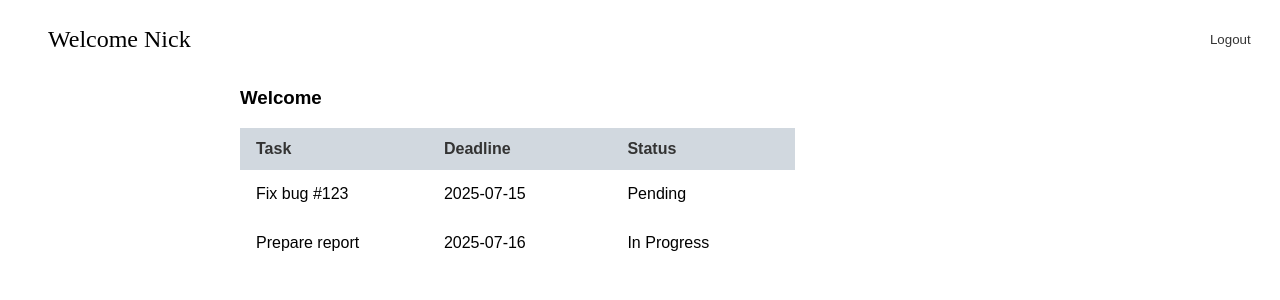
Repository: Edmund-Kiama/todoPHP
Page: /user (app in task-manager-frontend/)
The author's editor kept a copy of each file at every save. The page is drawn from the files as they stood at one save, then again after a run of saves.
The browser window is 1280 px wide. The pictures show the whole page.
The project was rebuilt for these pictures with package versions that can differ from the ones it lists, and the page was loaded fresh each time. Also part of the build but not shown: task-manager-frontend/vite.config.js, task-manager-frontend/src/components/Login/login.css, task-manager-frontend/src/components/Login/Login.vue, task-manager-frontend/src/components/Admin/admin.css, task-manager-frontend/src/components/Admin/AdminDashboard.vue.

Above is the page before, as saved 2025-07-12 22:01:04.

### task-manager-frontend/src/App.vue
<script setup>
  import Navbar from './components/Navbar/Navbar.vue';
  import { store } from './store';
</script>

<template>
  <Navbar />
  <router-view />
</template>

### task-manager-frontend/src/router/index.js
import { createRouter, createWebHistory } from 'vue-router';
import Login from '../components/Login/Login.vue';
import AdminDashboard from '../components/Admin/AdminDashboard.vue';
import UserDashboard from '../components/User/UserDashboard.vue';

const routes = [
  { path: '/', name: 'Login', component: Login },
  { path: '/admin', name: 'AdminDashboard', component: AdminDashboard },
  { path: '/user', name: 'UserDashboard', component: UserDashboard }
];

const router = createRouter({
  history: createWebHistory(),
  routes
});

export default router;

### task-manager-frontend/src/components/Navbar/Navbar.vue

<template>
  <nav v-if="store.user.loggedIn" class="navbar">
    <ul>
      <li v-if="user.role === 'admin'">Welcome Admin {{ user.username }}</li>
      <li v-if="user.role === 'user'">Welcome {{ user.username }}</li>
      <li><button @click="logout">Logout</button></li>
    </ul>
  </nav>
</template>

<script setup>
  import "./nav.css"
  import { store } from '../../store'
  import { useRouter } from 'vue-router'

  const router = useRouter()

  const user = store.user
  if (!user.loggedIn) router.push('/')

  function logout() {
    store.user.role = null
    store.user.loggedIn = false
    localStorage.removeItem('token')
    router.push('/')
  }
</script>

### task-manager-frontend/src/store.js
import { reactive } from 'vue'

export const store = reactive({
  user: {
    role: "user",
    loggedIn: true,
    username: "Nick"
  },
})

### task-manager-frontend/src/components/User/UserDashboard.vue
<script setup>
  import './user.css'
  import { ref, computed } from 'vue';

  // Mocked logged-in user
  const currentUser = 'user@example.com';

  // Mocked task list — in a real app, fetch from backend
  const allTasks = ref([
    { title: 'Fix bug #123', user: 'user@example.com', deadline: '2025-07-15', status: 'Pending' },
    { title: 'Prepare report', user: 'user@example.com', deadline: '2025-07-16', status: 'In Progress' },
    { title: 'Update Docs', user: 'bob@example.com', deadline: '2025-07-17', status: 'Pending' }
  ]);

  const userTasks = computed(() =>
    allTasks.value.filter(task => task.user === currentUser)
  );

  function nextStatus(status) {
    if (status === 'Pending') return 'In Progress';
    if (status === 'In Progress') return 'Completed';
    return '';
  }

  function advanceStatus(index) {
    const task = userTasks.value[index];
    if (task.status === 'Pending') {
      task.status = 'In Progress';
    } else if (task.status === 'In Progress') {
      task.status = 'Completed';
    }
  }
</script>
<template>
    <div class="user-dashboard">
      <section>
        <h3>Welcome {{ USER }}</h3>
        <table v-if="userTasks.length">
          <thead>
            <tr>
              <th>Task</th><th>Deadline</th><th>Status</th>
            </tr>
          </thead>
          <tbody>
            <tr v-for="(task, index) in userTasks" :key="index">
              <td>{{ task.title }}</td>
              <td>{{ task.deadline }}</td>
              <td>{{ task.status }}</td>
              <td>
                <button
                  v-if="task.status !== 'Completed'"
                  @click="advanceStatus(index)"
                >
                  Mark as {{ nextStatus(task.status) }}
                </button>
              </td>
            </tr>
          </tbody>
        </table>

        <p v-else>No tasks assigned to you.</p>
      </section>
    </div>
</template>

### task-manager-frontend/src/components/Navbar/nav.css
.navbar {
    background: white;
}
.navbar ul {
    display: flex;
    justify-content: space-between;
    align-items: center;
    gap: 1rem;
    list-style: none;
    font-size: 1.5em;
}
.navbar ul li {
    display: flex;
    align-items: center;
}
.navbar button {
    text-decoration: none;
    background: none;
    border: none;
    padding: 0.5rem;
    border-radius: 5px;
    color: #333;
    transition: all;
    transition-duration: 300ms;
    cursor: pointer;
    margin-right: 1em;
}
.navbar button:hover {
    background-color:  #3498db;
    color: white;
}

### task-manager-frontend/src/components/User/user.css
.user-dashboard {
    max-width: 800px;
    margin: 2rem auto;
    font-family: Arial, sans-serif;
}

.user-dashboard table {
    width: 100%;
    border-collapse: collapse;
    margin-top: 1rem;
    font-family: sans-serif;
    border: none; /* remove outer border */
}
.user-dashboard th,
.user-dashboard td {
    padding: 0.75rem 1rem;
    text-align: left;
    border: none; /* remove inner lines */
    vertical-align: middle;
    min-width: 100px;
}

.user-dashboard th {
    background-color: #d1d8df;
    font-weight: bold;
    color: #333;
}

.user-dashboard td button {
    visibility: hidden;
    background-color: #4DA2F7;
    color: white;
    border: none;
    padding: 5px 10px;
    margin-right: 5px;
    border-radius: 4px;
    cursor: pointer;
    transition: background-color 0.2s ease;
}

.user-dashboard button:hover {
    background-color: #1c74d9;
}

.user-dashboard tr:hover td button {
    visibility: visible;
}

.user-dashboard tr:hover {
    background-color: #f0f8ff;
}

Loaded but not shown: task-manager-frontend/index.html (common file); task-manager-frontend/src/main.js (common file)

After the next 2 saves:
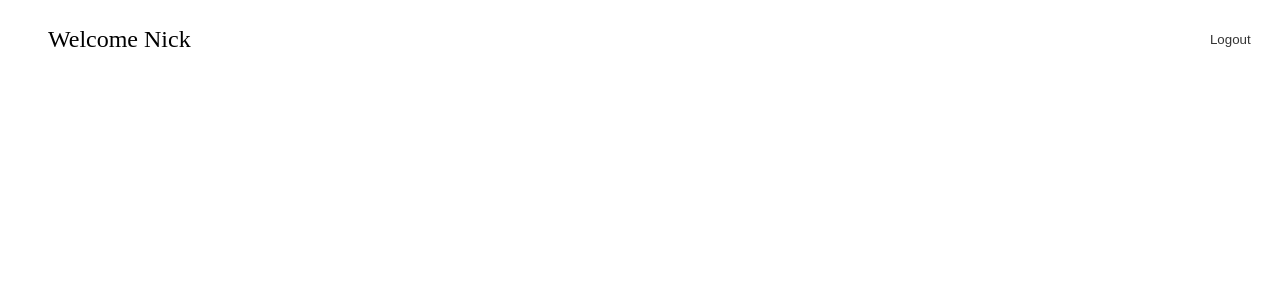
Console error: TypeError: Cannot read properties of undefined (reading 'username')
The 2 saves are shown as one change because they came seconds apart.
The last was saved 7 s later.
--- a/task-manager-frontend/src/components/User/UserDashboard.vue
+++ b/task-manager-frontend/src/components/User/UserDashboard.vue
@@ -34,7 +34,7 @@
 <template>
     <div class="user-dashboard">
       <section>
-        <h3>Welcome {{ USER }}</h3>
+        <h3>Welcome {{ user.username }}</h3>
         <table v-if="userTasks.length">
           <thead>
             <tr>

After the 2 saves that followed:
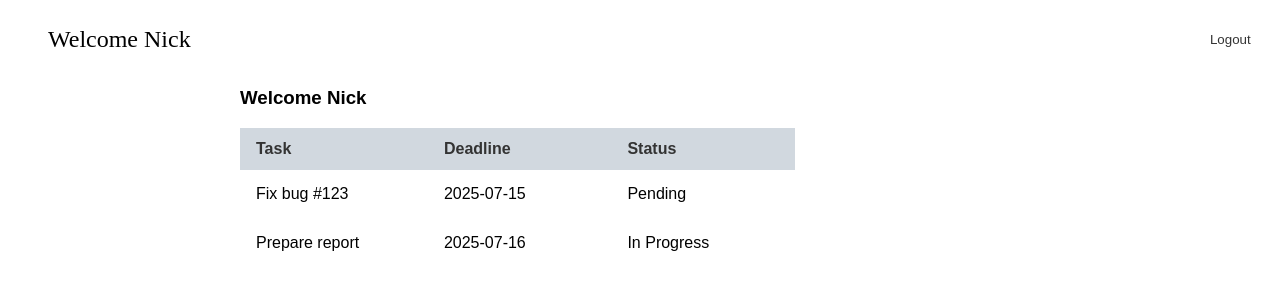
The error is gone.
The 2 saves are shown as one change because 1 left the picture as it was.
The last was saved 25 s later.
--- a/task-manager-frontend/src/components/User/UserDashboard.vue
+++ b/task-manager-frontend/src/components/User/UserDashboard.vue
@@ -1,9 +1,11 @@
 <script setup>
   import './user.css'
   import { ref, computed } from 'vue';
+  import { store } from '../../store';
 
   // Mocked logged-in user
   const currentUser = 'user@example.com';
+  const user = store.user
 
   // Mocked task list — in a real app, fetch from backend
   const allTasks = ref([
